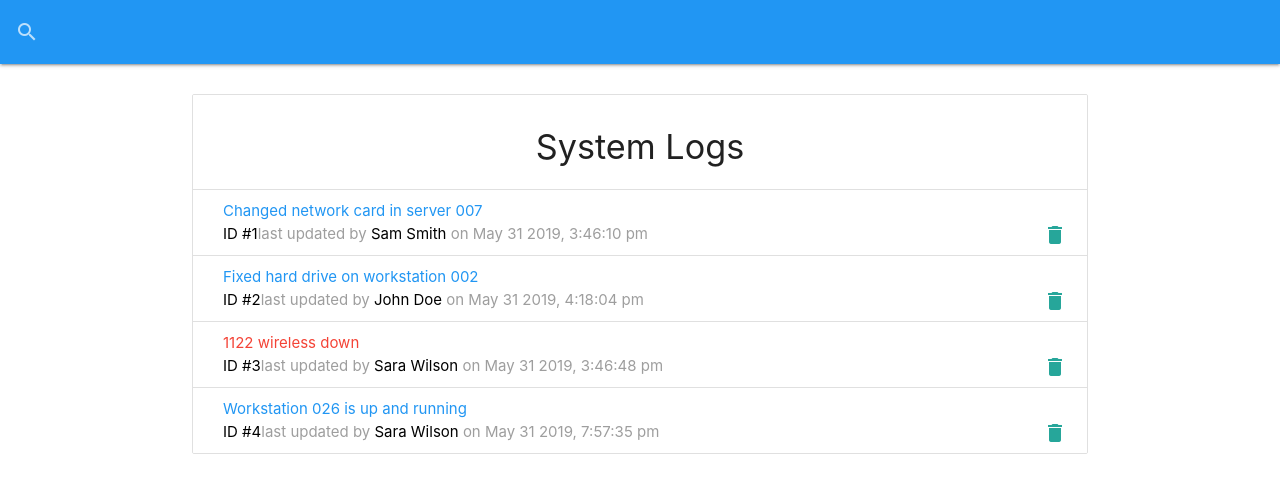
Repository: faraznisar/It-Logger
Page: /
An editor plug-in stored every save of this project. The page is shown before and after the next save, followed by the edit.
The browser window is 1280 px wide. The pictures show the whole page.
The project was rebuilt for these pictures with package versions that can differ from the ones it lists, and the page was loaded fresh each time. Requests to the local data server were answered from the project's data file. Also part of the build but not shown: src/App.css.

Above is the page before, as saved 2020-08-15 15:55:22.

### public/index.html
<!DOCTYPE html>
<html lang="en">
  <head>
    <meta charset="utf-8" />
    <meta name="viewport" content="width=device-width, initial-scale=1" />
    <meta name="theme-color" content="#000000" />
    <meta
      name="description"
      content="Web site created using create-react-app"
    />
    <link
      href="https://fonts.googleapis.com/icon?family=Material+Icons"
      rel="stylesheet"
    />

    <title>IT Logger</title>
  </head>
  <body>
    <noscript>You need to enable JavaScript to run this app.</noscript>
    <div id="root"></div>
  </body>
</html>

### src/App.js
import React, { useEffect, Fragment } from "react";
import "materialize-css/dist/css/materialize.min.css";
import M from "materialize-css/dist/js/materialize.min.js";
import "./App.css";

import SearchBar from "./components/layout/SearchBar";
import Logs from "./components/logs/Logs";

function App() {
  useEffect(() => {
    M.AutoInit();
  });
  return (
    <Fragment>
      <SearchBar />
      <div className="container">
        <Logs />
      </div>
    </Fragment>
  );
}

export default App;

### src/components/layout/SearchBar.js
import React from "react";

const SearchBar = () => {
  return (
    <nav style={{ marginBottom: "30px" }} className="blue">
      <div className="nav-wrapper">
        <form>
          <div className="input-field">
            <input id="search" type="search" />
            <label className="label-icon" htmlFor="search">
              <i className="material-icons">search</i>
            </label>
            <i className="material-icons">close</i>
          </div>
        </form>
      </div>
    </nav>
  );
};

export default SearchBar;

### src/components/logs/Logs.js
import React, { useState, useEffect } from "react";

import LogItem from "./LogItem";
const Logs = () => {
  const [logs, setLogs] = useState([]);

  const [loading, setLoading] = useState(false);

  useEffect(() => {
    getLogs();
    //eslint-disable-next-line
  }, []);

  const getLogs = async () => {
    setLoading(true);
    const res = await fetch("/logs");
    const data = await res.json();

    setLogs(data);
    setLoading(false);
  };

  if (loading) {
    return <h4>Loading...</h4>;
  }
  return (
    <ul className="collection with-header">
      <li className="collection-header">
        <h4 className="center">System Logs</h4>
      </li>
      {!loading && logs.length === 0 ? (
        <p className="center">No logs to display...</p>
      ) : (
        logs.map((log) => <LogItem log={log} key={log.id} />)
      )}
    </ul>
  );
};

export default Logs;

### src/components/logs/LogItem.js
import React from "react";
import PropTypes from "prop-types";
import Moment from "react-moment";

const LogItem = ({ log }) => {
  return (
    <li className="collection-item">
      <div>
        <a
          href="#edit-log-modal"
          className={`modal-trigger ${
            log.attention ? "red-text" : "blue-text"
          }`}
        >
          {log.message}
        </a>
        <br />
        <span className="grey-text">
          <span className="black-text">ID #{log.id}</span>
          last updated by <span className="black-text">{log.tech}</span> on{" "}
          <Moment format="MMMM DD YYYY, h:mm:ss a">{log.date}</Moment>
        </span>
        <a href="#!" className="secondary-content">
          <i className="material-icons gray-text">delete</i>
        </a>
      </div>
    </li>
  );
};

LogItem.propTypes = {
  log: PropTypes.object.isRequired,
};

export default LogItem;

### db.json
{
  "logs": [
    {
      "message": "Changed network card in server 007",
      "attention": false,
      "tech": "Sam Smith",
      "date": "2019-05-31T15:46:10.179Z",
      "id": 1
    },
    {
      "id": 2,
      "message": "Fixed hard drive on workstation 002",
      "attention": false,
      "tech": "John Doe",
      "date": "2019-05-31T16:18:04.245Z"
    },
    {
      "message": "1122 wireless down",
      "attention": true,
      "tech": "Sara Wilson",
      "date": "2019-05-31T15:46:48.690Z",
      "id": 3
    },
    {
      "id": 4,
      "message": "Workstation 026 is up and running",
      "attention": false,
      "tech": "Sara Wilson",
      "date": "2019-05-31T19:57:35.544Z"
    }
  ],
  "techs": [
    {
      "id": 1,
      "firstName": "John",
      "lastName": "Doe"
    },
    {
      "id": 2,
      "firstName": "Sam",
      "lastName": "Smith"
    },
    {
      "id": 3,
      "firstName": "Sara",
      "lastName": "Wilson"
    },
    {
      "firstName": "Faraz",
      "lastName": "Shah",
      "id": 4
    }
  ]
}

Loaded but not shown: src/index.js (common file)

After the next save:
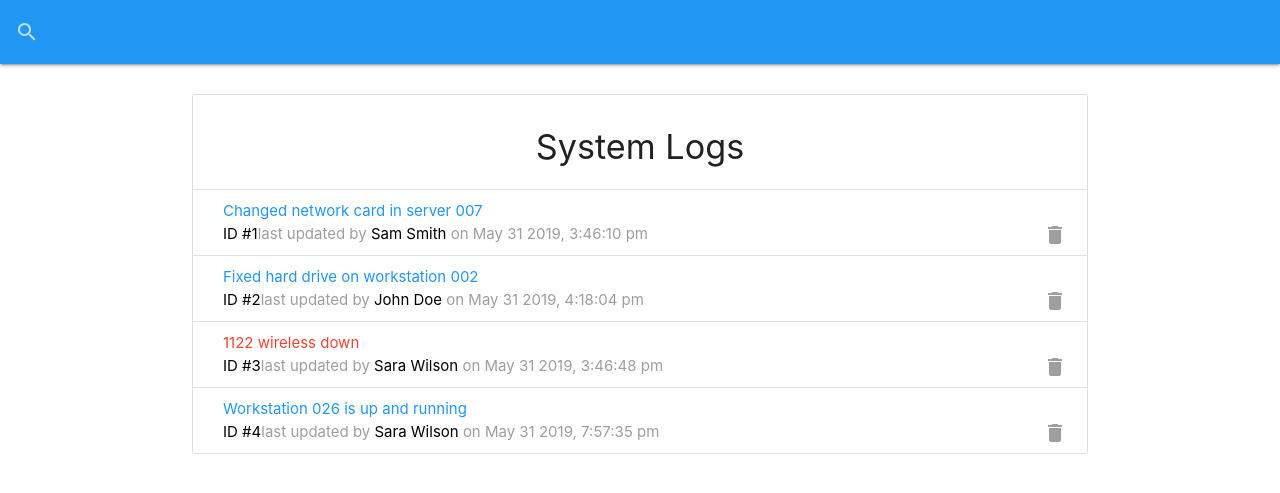
Saved 91 s later.
--- a/src/components/logs/LogItem.js
+++ b/src/components/logs/LogItem.js
@@ -21,7 +21,7 @@ const LogItem = ({ log }) => {
           <Moment format="MMMM DD YYYY, h:mm:ss a">{log.date}</Moment>
         </span>
         <a href="#!" className="secondary-content">
-          <i className="material-icons gray-text">delete</i>
+          <i className="material-icons grey-text">delete</i>
         </a>
       </div>
     </li>
